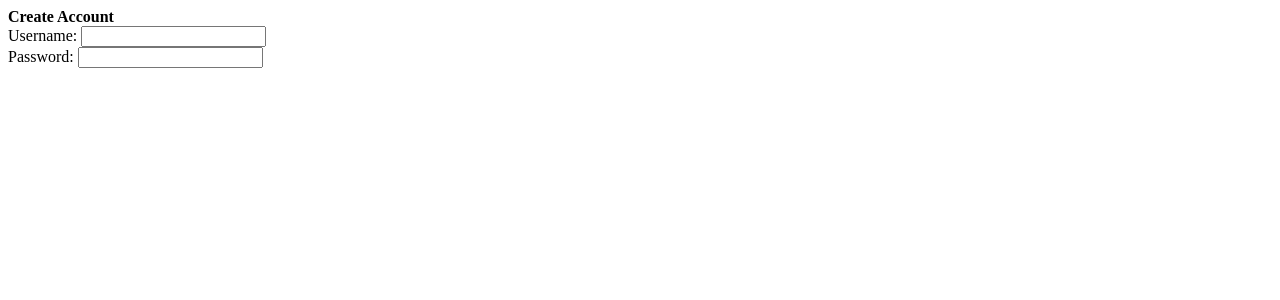
Repository: araikak/proj336
Page: http://localhost/project336Part3/createAccountLoginPage.jsp
The author's editor kept a copy of each file at every save. The page is drawn from the files as they stood at one save, then again after the next save.
The browser window is 1280 px wide. The pictures show the whole page.
The page is served by Tomcat 9.

Above is the page before, as saved 2023-11-05 23:15:50.

After the next save:
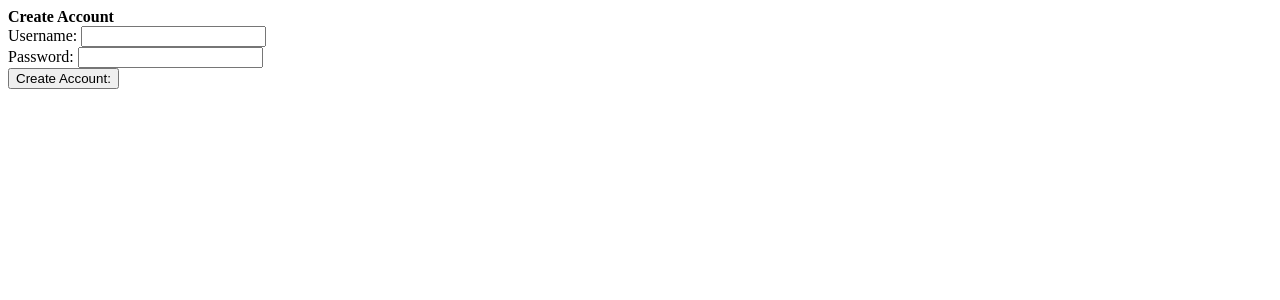
Saved 2 min 20 s later.
--- a/project336Part3/src/main/webapp/createAccountLoginPage.jsp
+++ b/project336Part3/src/main/webapp/createAccountLoginPage.jsp
@@ -14,5 +14,6 @@
         Username: <input type="text" id="username" name="username"><br>
         Password: <input type="password" id="password" name="password"><br>
     </form>
+    <button type="button">Create Account:</button>
 </body>
 </html>
